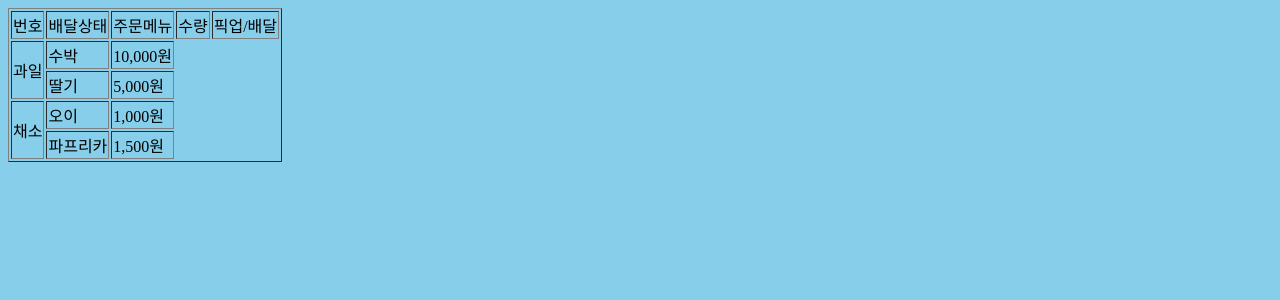
Repository: JeongminHW/Web_study
Page: HTML/myHTML/src/main/webapp/ch03/table3.html
The author's editor kept a copy of each file at every save. The page is drawn from the files as they stood at one save, then again after the next save.
The browser window is 1280 px wide. The pictures show the whole page.

Above is the page before, as saved 2024-07-09 02:50:04.

### HTML/myHTML/src/main/webapp/ch03/table3.html
<!DOCTYPE html>
<html>
<head>
<meta charset="UTF-8">
<title>Insert title here</title>
</head>
<body bgcolor="skyblue">
	<table border="1">
		<tr>
			<td align="center">번호</td>
			<td align="center">배달상태</td>
			<td align="center">주문메뉴</td>
			<td align="center">수량</td>
			<td align="center">픽업/배달</td>
		</tr>
		<tr>
		<!-- rowspan : 두 개의 행을 하나로 병합 -->
			<td rowspan="2">과일</td>
			<td>수박</td>
			<td>10,000원</td>
		</tr>
		<tr>
			<td>딸기</td>
			<td>5,000원</td>
		</tr>
		<tr>
			<td rowspan="2">채소</td>
			<td>오이</td>
			<td>1,000원</td>
		</tr>
		<tr>
			<td>파프리카</td>
			<td>1,500원</td>
		</tr>
	</table>
</body>
</html>

After the next save:
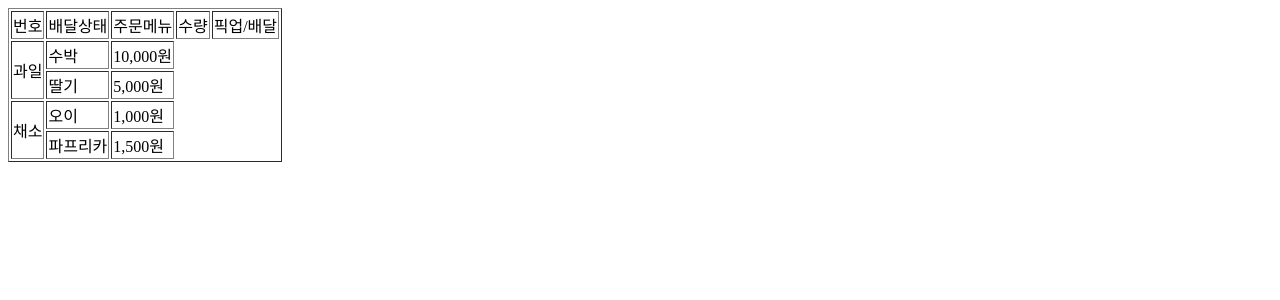
Saved 9 s later.
--- a/HTML/myHTML/src/main/webapp/ch03/table3.html
+++ b/HTML/myHTML/src/main/webapp/ch03/table3.html
@@ -4,7 +4,7 @@
 <meta charset="UTF-8">
 <title>Insert title here</title>
 </head>
-<body bgcolor="skyblue">
+<body>
 	<table border="1">
 		<tr>
 			<td align="center">번호</td>

After the save that followed:
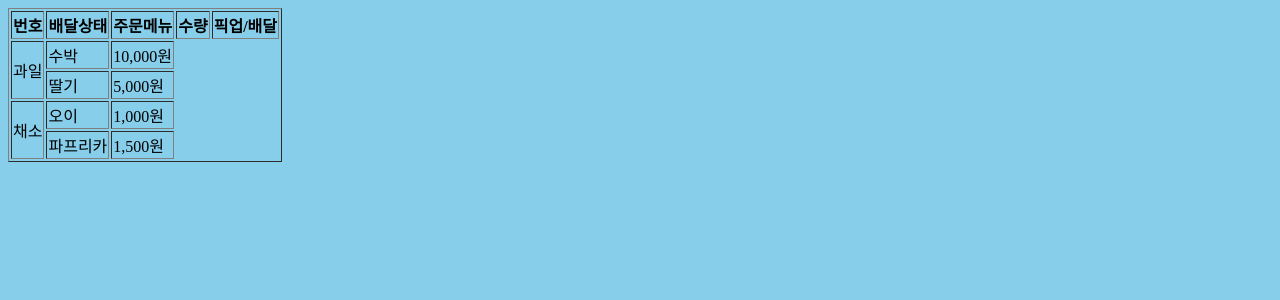
Saved 16 s later.
--- a/HTML/myHTML/src/main/webapp/ch03/table3.html
+++ b/HTML/myHTML/src/main/webapp/ch03/table3.html
@@ -4,14 +4,14 @@
 <meta charset="UTF-8">
 <title>Insert title here</title>
 </head>
-<body>
+<body bgcolor="skyblue">
 	<table border="1">
 		<tr>
-			<td align="center">번호</td>
-			<td align="center">배달상태</td>
-			<td align="center">주문메뉴</td>
-			<td align="center">수량</td>
-			<td align="center">픽업/배달</td>
+			<th>번호</th>
+			<th>배달상태</th>
+			<th>주문메뉴</th>
+			<th>수량</th>
+			<th>픽업/배달</th>
 		</tr>
 		<tr>
 		<!-- rowspan : 두 개의 행을 하나로 병합 -->
